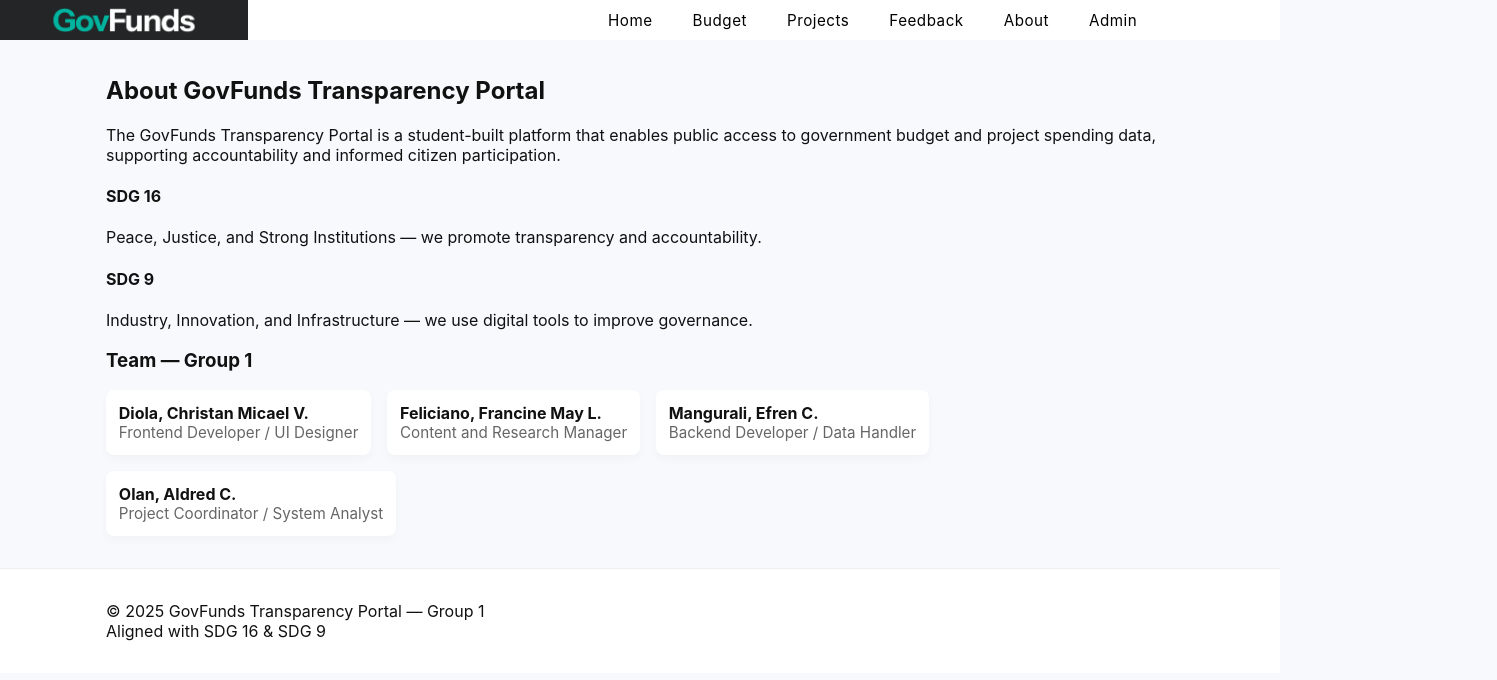
Repository: efren319/GovFunds
Page: http://localhost/about
These files come from the project's save history. The page is drawn as it stood at one moment and after the next save; the edit follows.
The browser window is 1280 px wide. The page is 1497 px wide, then 1280 px, so the pictures cover 1497 px, including what lies to the right of the window. The pictures show the whole page.
The page is served by the project's application, run on Flask 3 (app.py).

Above is the page before, as saved 2025-11-10 21:41:00.

After the next save:
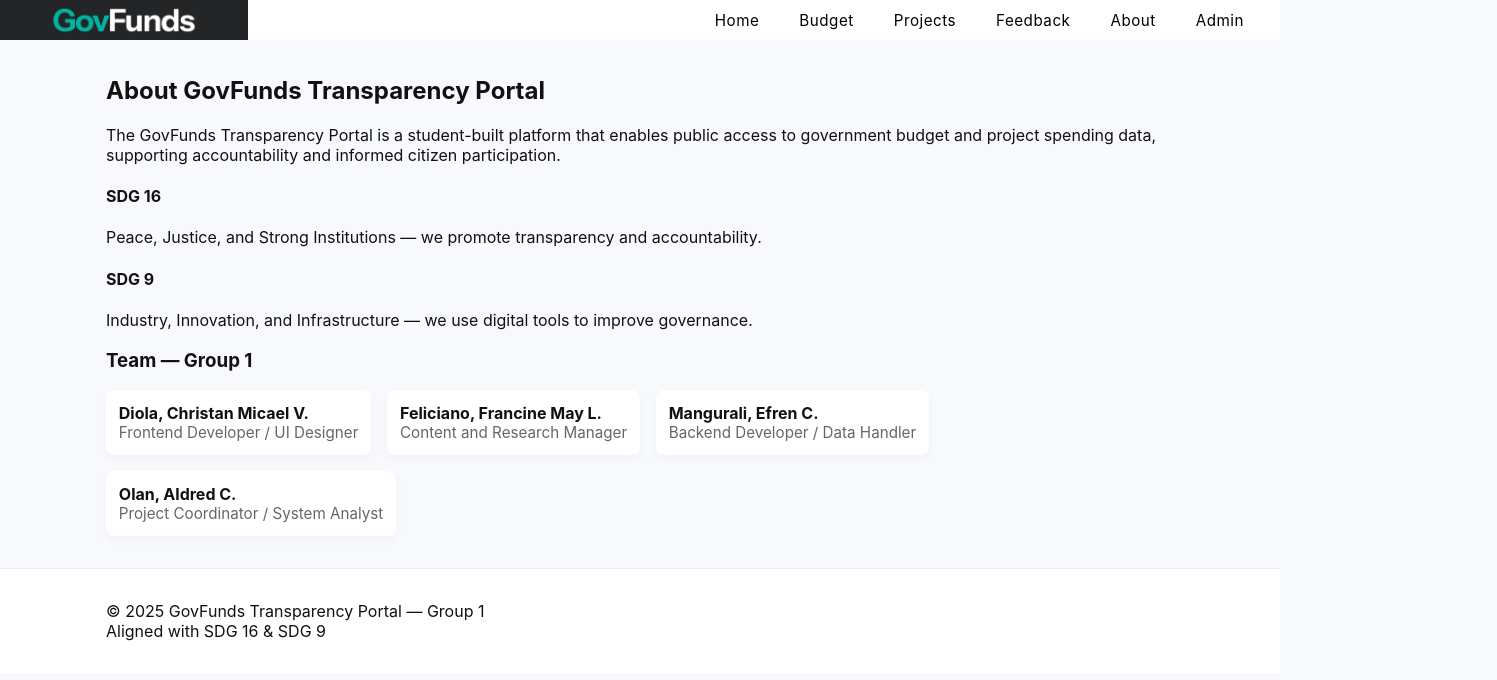
Saved 7 s later.
--- a/static/style.css
+++ b/static/style.css
@@ -74,7 +74,7 @@ body {
   justify-content: flex-end;
   align-items: stretch;
   flex: 1;
-  padding: 0 360px;
+  padding: 0 36px;
 }
 
 nav {
